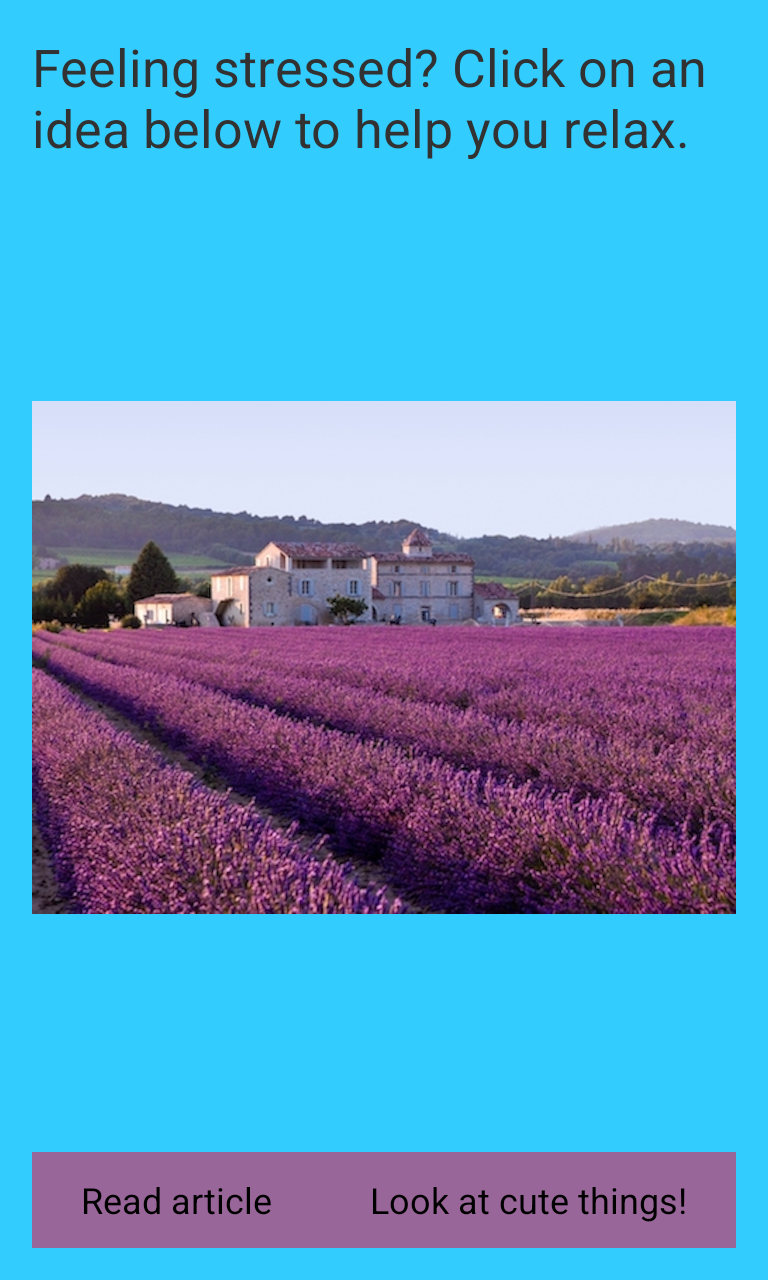
Repository: LSummers33/Apps101
Layout: Self-Care/res/layout/activity_main.xml
These files come from the project's save history. The layout is drawn as it stood at one moment and after the next save; the edit follows.
It is drawn on a 768 x 1280 px phone screen (xhdpi) without system bars, with theme AppTheme; the app's code is not run.

Above is the layout before, as saved 2014-01-26 21:48:32.

After the next save:
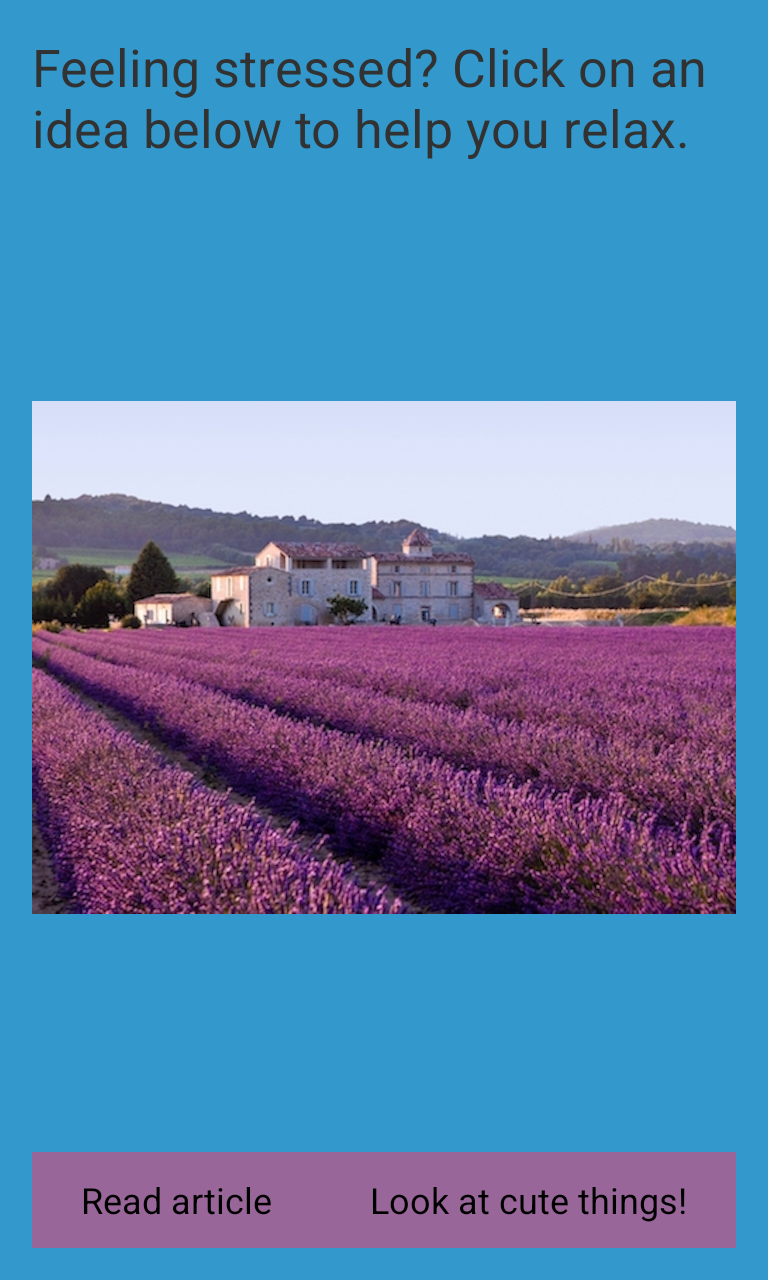
Saved 39 s later.
--- a/Self-Care/res/layout/activity_main.xml
+++ b/Self-Care/res/layout/activity_main.xml
@@ -8,7 +8,7 @@
     android:paddingRight="@dimen/activity_horizontal_margin"
     android:paddingTop="@dimen/activity_vertical_margin"
     android:orientation="vertical"
-    android:background="#33CCFF"
+    android:background="#3399CC"
     tools:context=".MainActivity" >
 
     <TextView
